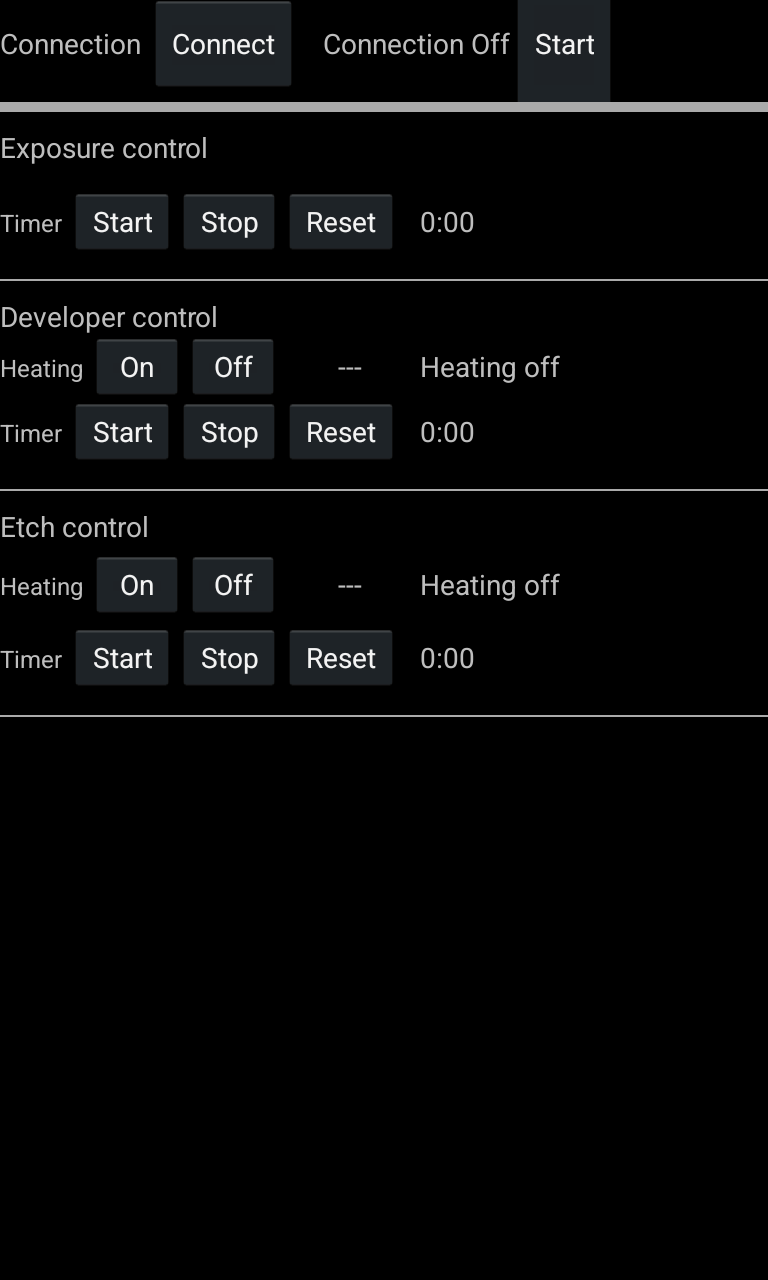
Repository: elbojvv/AndroidIO-apps
Layout: EtchControl/EtchControl/res/layout/activity_main.xml
An editor plug-in stored every save of this project. The layout is shown before and after the next save, followed by the edit.
It is drawn on a 768 x 1280 px phone screen (xhdpi) without system bars, with theme android:Theme.Holo; the app's code is not run.

Above is the layout before, as saved 2015-06-25 19:27:03.

After the next save:
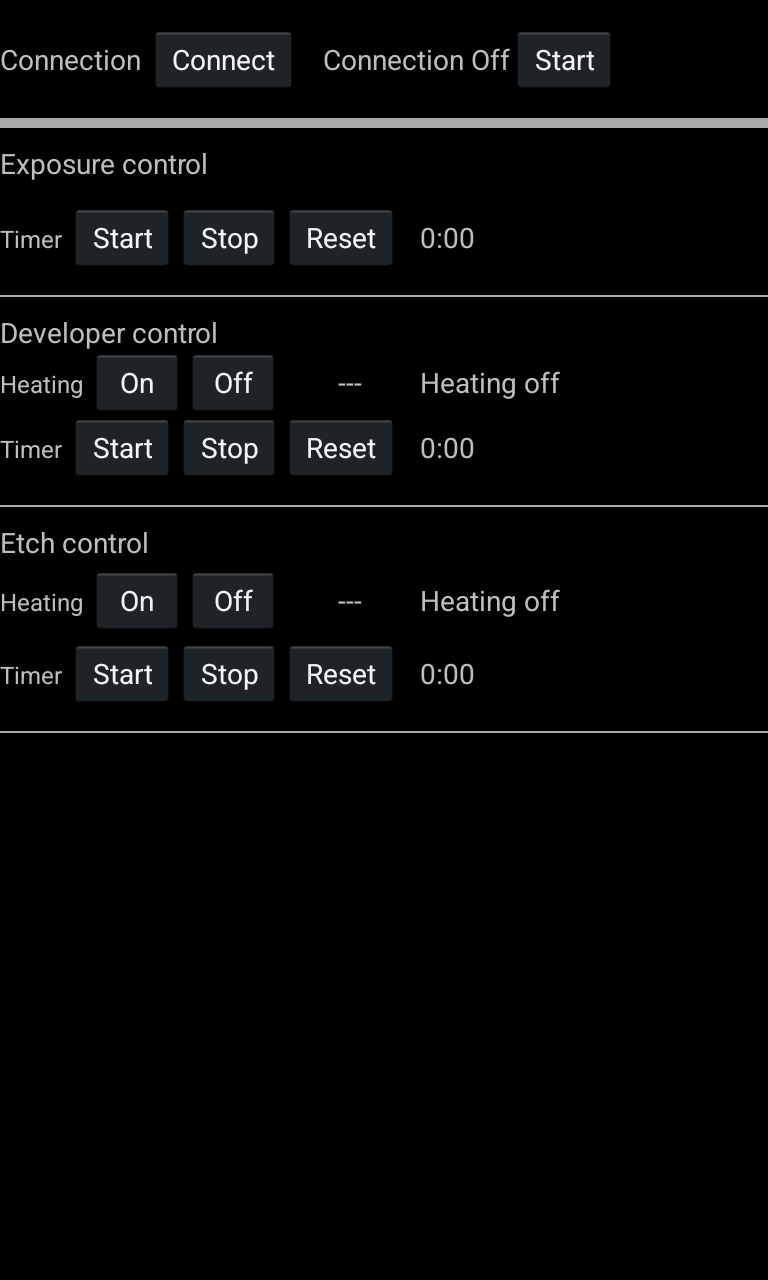
Saved 46 s later.
--- a/EtchControl/EtchControl/res/layout/activity_main.xml
+++ b/EtchControl/EtchControl/res/layout/activity_main.xml
@@ -12,7 +12,7 @@
 		android:text="@string/bluetooth"
 		android:layout_width="wrap_content"
 		android:layout_height="wrap_content"
-        android:layout_marginTop="12dp"
+        android:layout_marginTop="20dp"
         android:textAppearance="?android:attr/textAppearanceSmall" />
 
   	<Button
@@ -20,7 +20,7 @@
         style="?android:attr/buttonStyleSmall"
         android:layout_width="wrap_content"
         android:layout_height="wrap_content"
-		android:minHeight="50dp"
+		android:minHeight="00dp"
         android:layout_alignBaseline="@+id/idBTText"
         android:layout_alignBottom="@+id/idBTText"
         android:layout_toRightOf="@+id/idBTText"
@@ -44,7 +44,7 @@
         style="?android:attr/buttonStyleSmall"
         android:layout_width="wrap_content"
         android:layout_height="wrap_content"
-		android:minHeight="70dp"
+		android:minHeight="0dp"
         android:layout_alignBaseline="@+id/idBTStatus"
         android:layout_alignBottom="@+id/idBTStatus"
         android:layout_toRightOf="@+id/idBTStatus"
